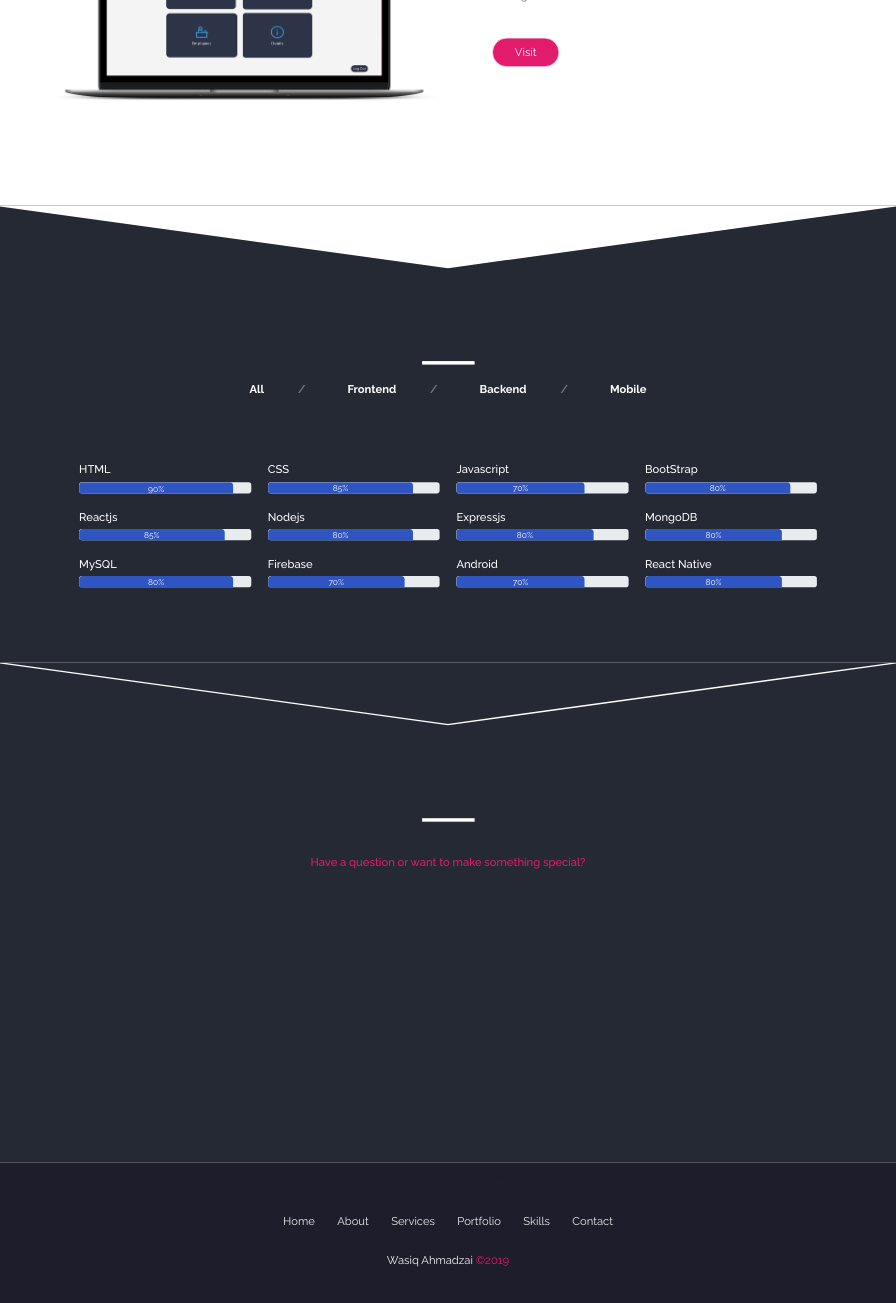
Repository: wasiqkhan/wasiqkhan.github.io
Page: index.html
The author's editor kept a copy of each file at every save. The page is drawn from the files as they stood at one save, then again after the next save.
The browser window is 1280 px wide. The pictures show the part of the page from y = 3587 to 5507 px (the page is 5448 px tall before and 5507 px after), at 70% of full size.

Above is the page before, as saved 2020-10-27 17:57:25.
Not found: js/all.js
Not found: js/app.js
Not found: js/particles.js

After the next save:
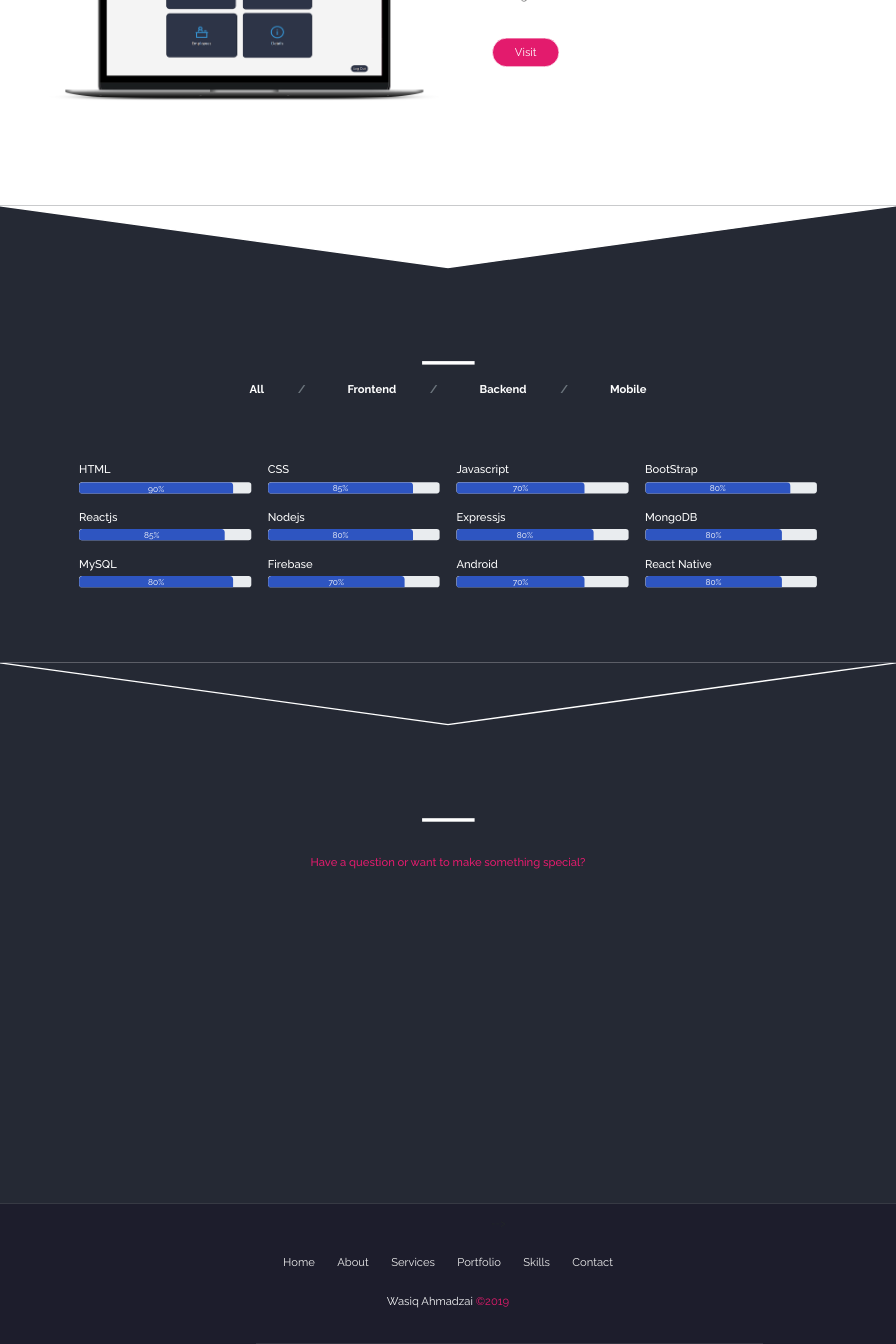
Saved 104 min 2 s later.
--- a/index.html
+++ b/index.html
@@ -468,7 +468,35 @@
           <h6 class="text-center py-5" style="color: #E31B6D">Have a question or want to make something special?</h6>
           <div class="service-items flex-wrap" style="padding: 0 0">
               <div class="item fun-facts" style="margin-right: 10px ;background: white">
+                <form
+                class="waypoint"
+                data-animation="pop-in"
+                data-delay=".5s"
+                id="contact-form"
+              >
+                <input placeholder="Name" type="text" name="name" required />
+                <input
+                  placeholder="Enter email"
+                  type="email"
+                  name="email"
+                  required
+                />
+                <textarea
+                  placeholder="Your Message"
+                  type="text"
+                  name="message"
+                ></textarea>
+                <div id="success">
                   <div>
+                    Your message was sent successfully. Thanks!<span
+                      id="close"
+                      class="mdi mdi-close"
+                    ></span>
+                  </div>
+                </div>
+                <input class="button" type="submit" id="submit" value="SUBMIT" />
+              </form>
+                  <!-- <div>
                     <i class="fas fa-inbox fa-2x mb-3" style="color:#252934;margin: 0.75rem"></i>
                     <h6 class="text-center" style="color: #444649">wasiqahmadzai@gmail.com</h6>
 
@@ -489,7 +517,7 @@
 
                 </div>
 
-              </div>
+              </div> -->
 
 
 
